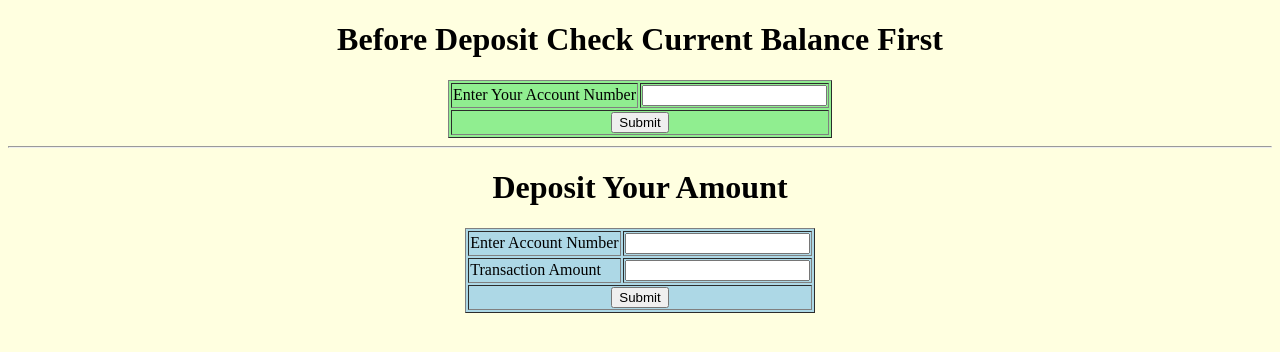
Repository: rukmini10/DXC
Page: DXC_MAVEN/Account/src/main/webapp/deposit.html
An editor plug-in stored every save of this project. The page is shown before and after the next save, followed by the edit.
The browser window is 1280 px wide. The pictures show the whole page.

Above is the page before, as saved 2022-05-06 20:59:19.

After the next save:
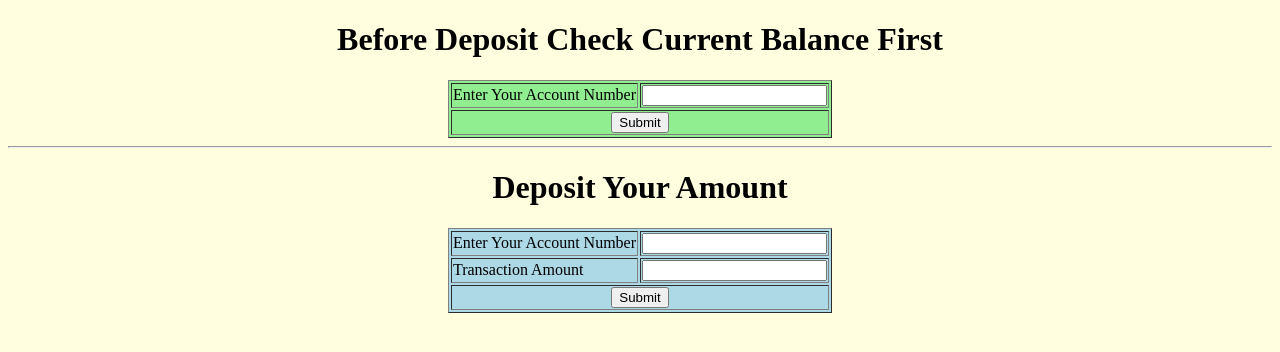
Saved 53 s later.
--- a/DXC_MAVEN/Account/src/main/webapp/deposit.html
+++ b/DXC_MAVEN/Account/src/main/webapp/deposit.html
@@ -31,7 +31,7 @@ and open the template in the editor.
             <form method="post" action="update_deposit.jsp">
               <table border="1" bgcolor="lightblue">
                   <tr>
-                        <td><label>Enter Account Number</label></td><td><input type="text" name="ano"></td></tr>
+                        <td><label>Enter Your Account Number</label></td><td><input type="text" name="ano"></td></tr>
                     <tr>
                         <td><label>Transaction Amount</label></td><td><input type="text" name="amt"></td>
                     </tr>
